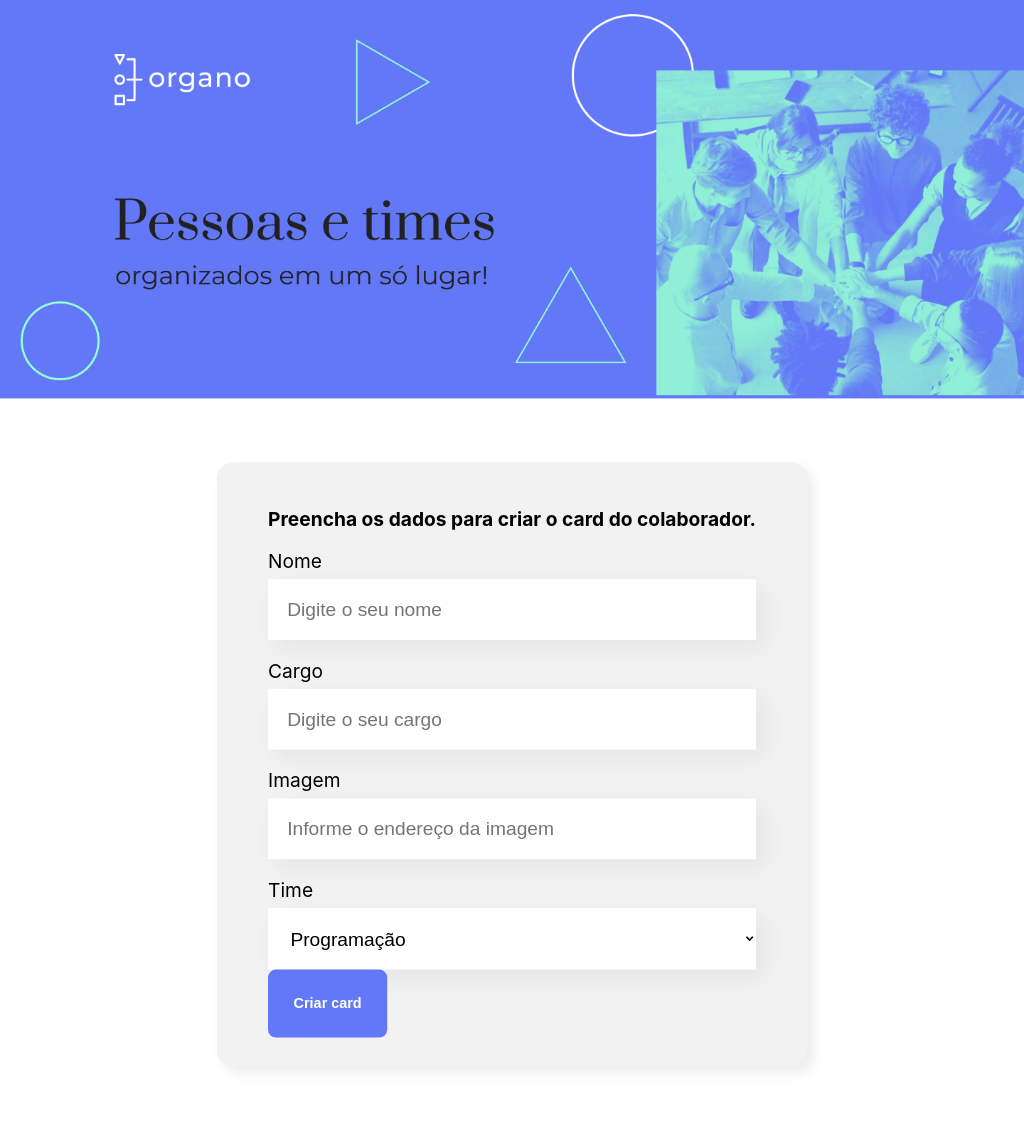
Repository: devMuriloOliveira/organo
Page: /
These files come from the project's save history. The page is drawn as it stood at one moment and after the next save; the edit follows.
The browser window is 1280 px wide. The pictures show the whole page, at 80% of full size.
The project was rebuilt for these pictures with package versions that can differ from the ones it lists, and the page was loaded fresh each time.

Above is the page before, as saved 2023-01-11 17:21:48.

After the next save:
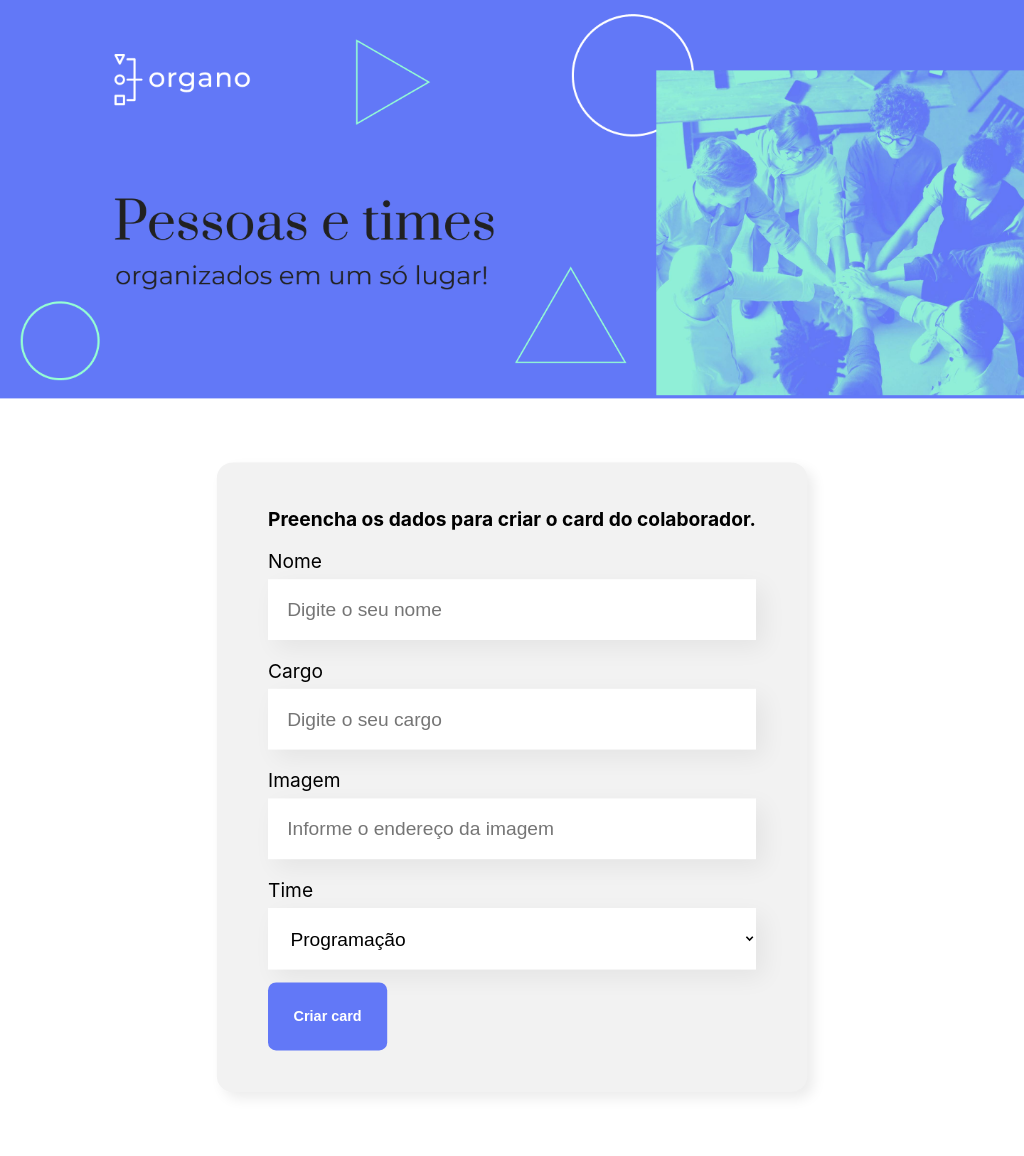
Saved 45 s later.
--- a/src/componentes/Botao/Botao.css
+++ b/src/componentes/Botao/Botao.css
@@ -7,7 +7,7 @@
   border: none;
   cursor: pointer;
   color: #fff;
-
+  margin: 16px 0;
 }
 
 .botao:hover {
